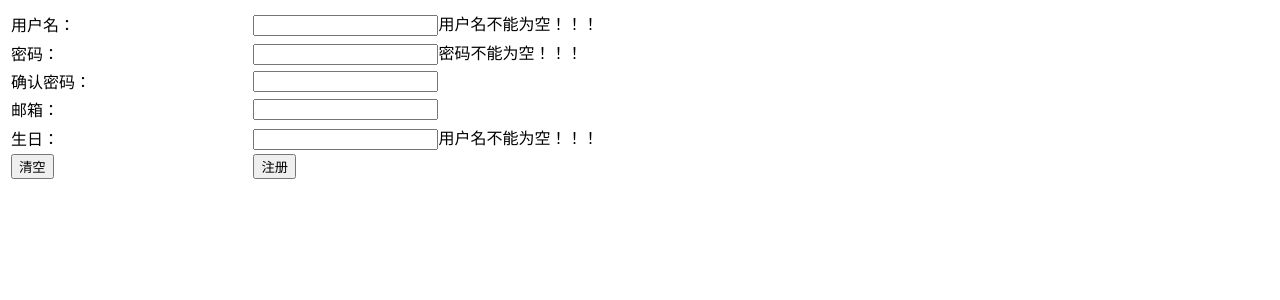
Repository: wsws1996/myproject
Page: http://localhost/day09_user/servlet/RegisterServlet
The author's editor kept a copy of each file at every save. The page is drawn from the files as they stood at one save, then again after the next save.
The browser window is 1280 px wide. The pictures show the whole page.
The page is served by Tomcat 9.

Above is the page before, as saved 2015-11-19 15:49:41.

After the next save:
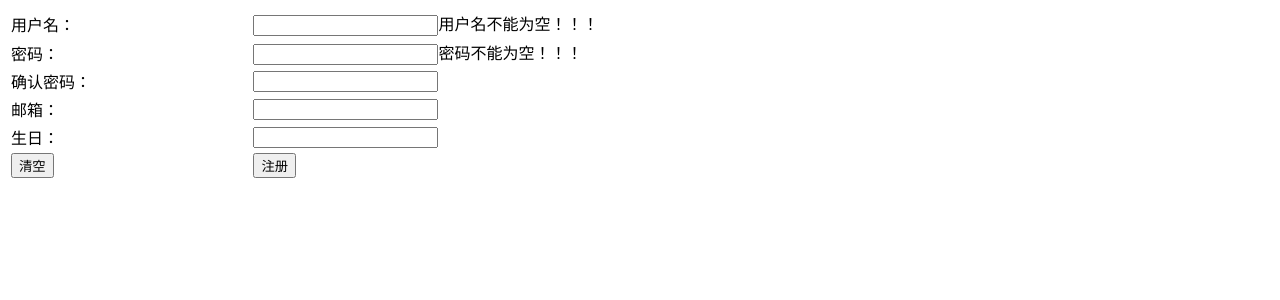
Saved 17 min 54 s later.
--- a/java/workspace/day09_user/WebRoot/WEB-INF/jsp/register.jsp
+++ b/java/workspace/day09_user/WebRoot/WEB-INF/jsp/register.jsp
@@ -31,7 +31,7 @@
 			</tr>
 			<tr>
 				<td>生日：</td>
-				<td><input type="text" name="birthday">${formbean.errors.username}</td>
+				<td><input type="text" name="birthday">${formbean.errors.birthday}</td>
 			</tr>
 			<tr>
 				<td><input type="reset" value="清空"></td>
